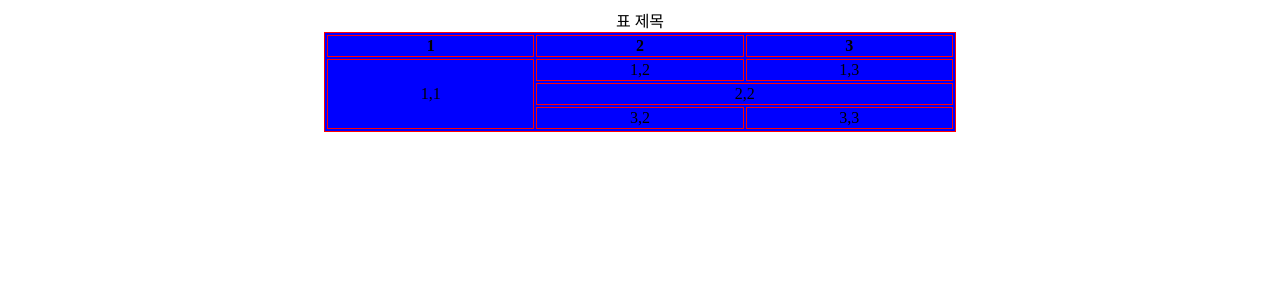
Repository: jjb5442/JSP
Page: 3Day/workspace/02_HTML_tutorial/src/main/webapp/07_Tutorial.html
The author's editor kept a copy of each file at every save. The page is drawn from the files as they stood at one save, then again after the next save.
The browser window is 1280 px wide. The pictures show the whole page.

Above is the page before, as saved 2022-05-14 02:52:44.

After the next save:
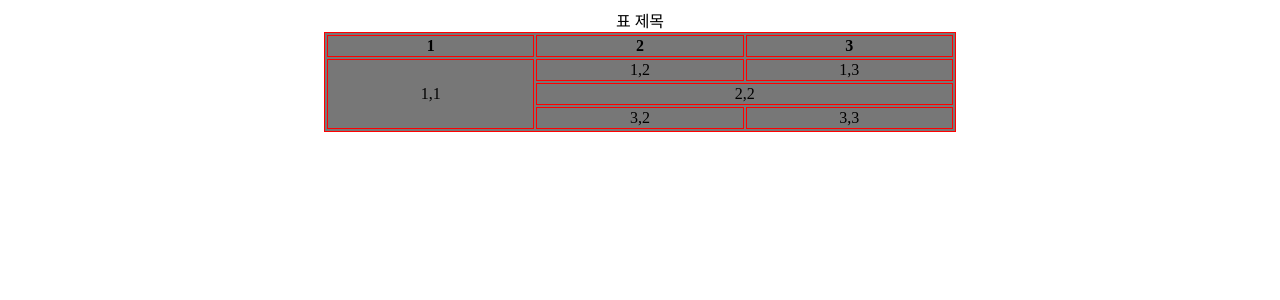
Saved 12 s later.
--- a/3Day/workspace/02_HTML_tutorial/src/main/webapp/07_Tutorial.html
+++ b/3Day/workspace/02_HTML_tutorial/src/main/webapp/07_Tutorial.html
@@ -7,7 +7,7 @@
 <body>
 	<div align="center">
 		<table border="1" width="50%" height="50%" bordercolor="red"
-			bgcolor="blue"><!-- 표를 출력하는 태그 -->
+			bgcolor="#777777"><!-- 표를 출력하는 태그 -->
 			<caption>표 제목</caption><!-- 표 제목 태그 -->
 			<tr><!-- 행을 출력하는 태그 -->
 				<th>1</th><!-- 열 제목 태그 -->
